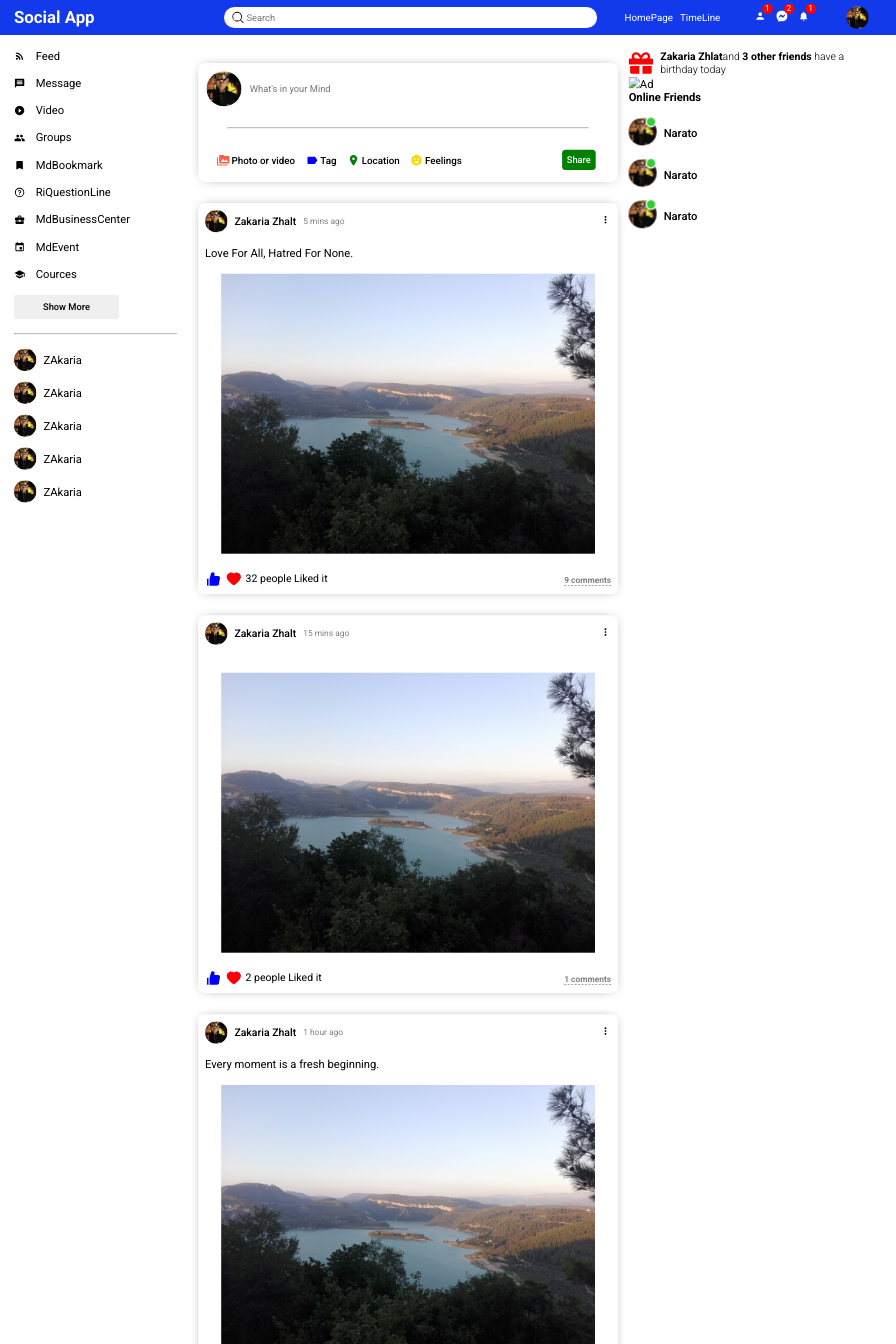
Repository: ZakariaZhlat125/Social-App
Page: /
An editor plug-in stored every save of this project. The page is shown before and after a run of saves, followed by the edit.
The browser window is 1280 px wide. The pictures show the part of the page from y = 0 to 1920 px (the page is 6066 px tall before and 720 px after), at 70% of full size.
The project was rebuilt for these pictures with package versions that can differ from the ones it lists, and the page was loaded fresh each time. Also part of the build but not shown: vite.config.js.

Above is the page before, as saved 2023-01-11 22:46:28.

After the next 2 saves:
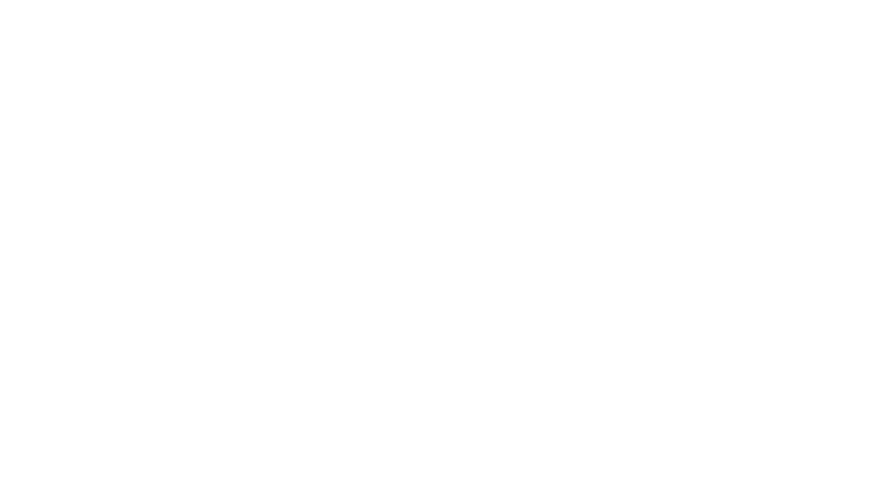
Console error: ReferenceError: User is not defined
The 2 saves are shown as one change because 1 did not build or start.
The last was saved 41 s later.
--- a/src/components/post/Post.jsx
+++ b/src/components/post/Post.jsx
@@ -7,6 +7,7 @@
 import { AiFillLike, AiFillHeart } from "react-icons/ai";
 
 export default function Post({post}) {
+  const user = User.filter(user=> user.id ===1)
   return (
     <div className="post">
       <div className="postWarpper">

After the save that followed:
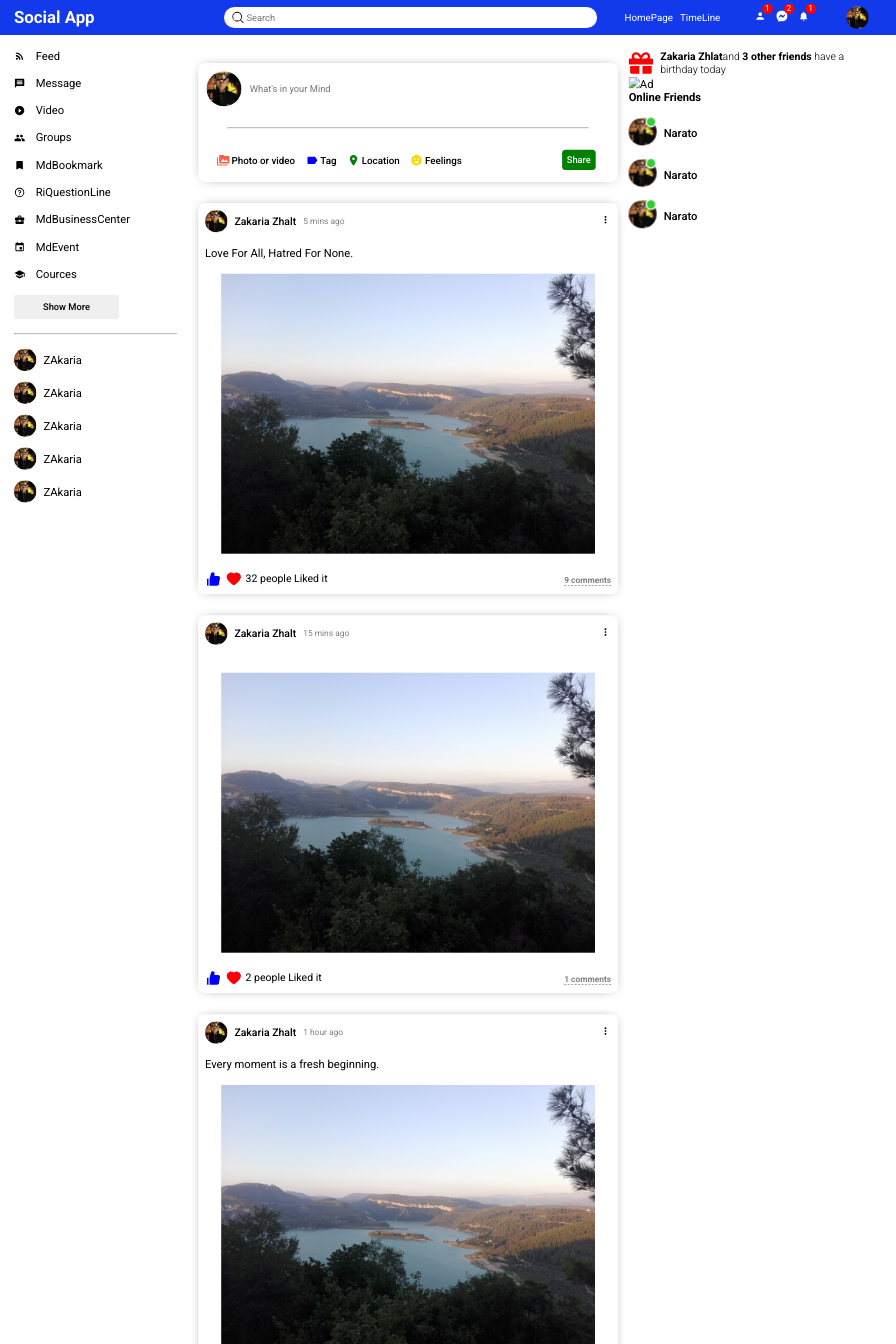
The error is gone.
Saved 41 s later.
--- a/src/components/post/Post.jsx
+++ b/src/components/post/Post.jsx
@@ -7,7 +7,7 @@
 import { AiFillLike, AiFillHeart } from "react-icons/ai";
 
 export default function Post({post}) {
-  const user = User.filter(user=> user.id ===1)
+
   return (
     <div className="post">
       <div className="postWarpper">
